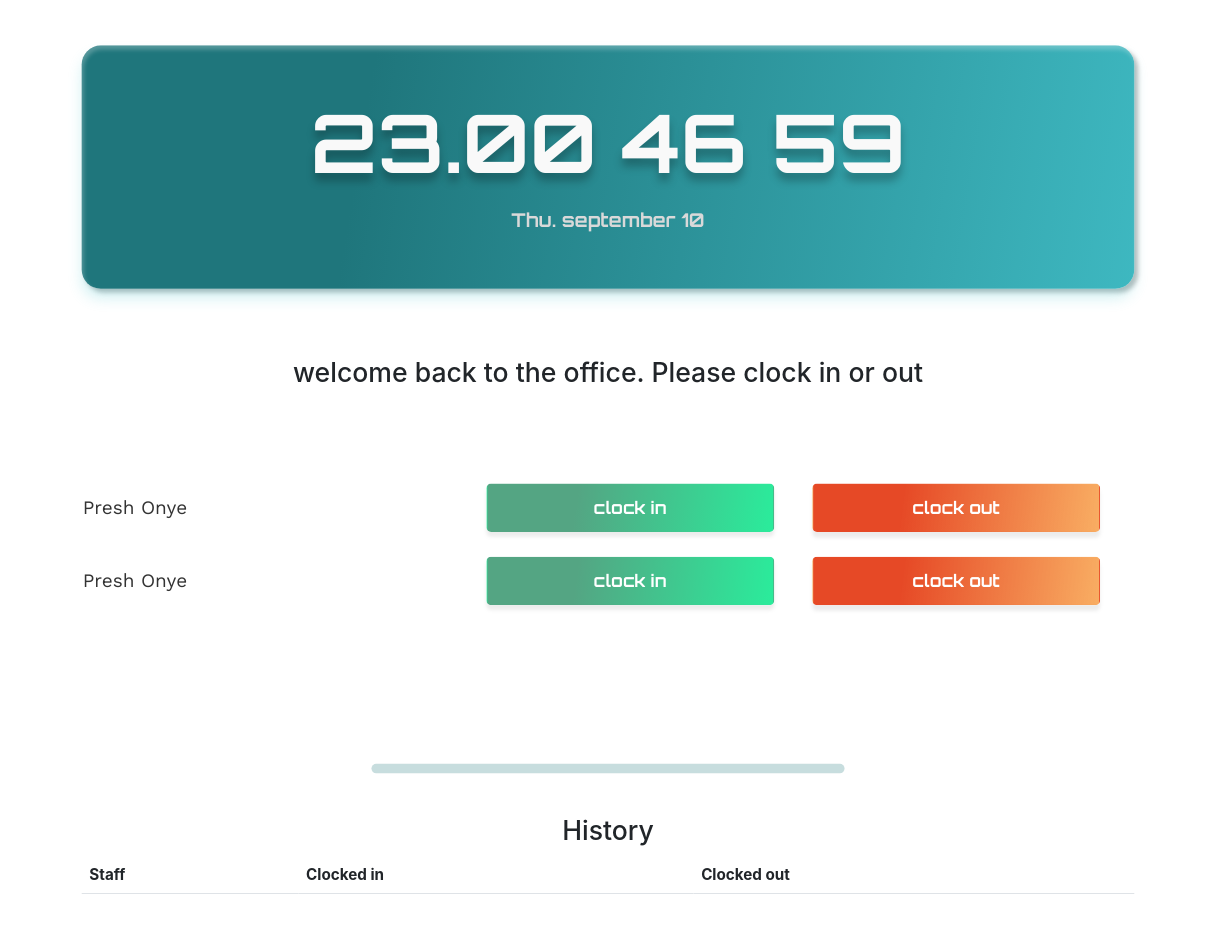
Repository: giprim/clocker
Page: /
These files come from the project's save history. The page is drawn as it stood at one moment and after the next save; the edit follows.
The browser window is 1280 px wide. The pictures show the whole page, at 95% of full size.
The project was rebuilt for these pictures with package versions that can differ from the ones it lists, and the page was loaded fresh each time.

Above is the page before, as saved 2020-09-11 00:07:42.

### src/App.tsx
import React from 'react';
import './App.css';

function App() {
  const currentTime = () => {
    let date = new Date();

    return `${date
      .getHours()
      .toFixed(2)} ${date.getMinutes()} ${date.getSeconds()}`;
  };

  console.log(currentTime());

  return (
    <div className='container py-4'>
      {/* clock section */}
      <div className='clock-box effect p-2 py-md-5 mt-4'>
        <div className='row'>
          <div className='col-12'>
            <h4 className='display-3 text-center'>
              {currentTime().toString()}
            </h4>
          </div>
          <div className='col-12 text-center mt-2 mb-1'>
            <h6>Thu. september 10</h6>
          </div>
        </div>
      </div>

      {/* welcome  */}
      <p className='text-center my-5 py-4 h3'>
        welcome back to the office. Please clock in or out
      </p>

      <table>
        <thead>
          <tr>
            <th></th>
            <th></th>
            <th></th>
          </tr>
        </thead>
        <tbody>
          <tr>
            <td className='staff'>Presh Onye</td>
            <td className='row justify-content-evenly'>
              <button className='btn clockin col-5'> clock in</button>
              <button className='btn clockout col-5'> clock out</button>
            </td>
          </tr>
          <tr>
            <td className='staff'>Presh Onye</td>
            <td className='row justify-content-evenly'>
              <button className='btn clockin col-5'> clock in</button>
              <button className='btn clockout col-5'> clock out</button>
            </td>
          </tr>
        </tbody>
      </table>

      <hr />
      <h3 className='text-center'>History</h3>

      <table className='table'>
        <thead>
          <tr>
            <th>Staff</th>
            <th>Clocked in</th>
            <th>Clocked out</th>
          </tr>
        </thead>
      </table>
    </div>
  );
}

export default App;

### src/App.css
@import url('https://fonts.googleapis.com/css2?family=Orbitron:wght@400;500;600;700;800;900&family=Work+Sans:ital,wght@0,100;0,200;0,400;0,600;0,700;1,500&display=swap');

.clock-box {
  background: linear-gradient(99.35deg, #1f767c 26.99%, #42c1ca 110.13%);
  box-shadow: 0px 10px 15px rgba(66, 193, 202, 0.23),
    4px 4px 5px rgba(0, 0, 0, 0.25), inset 2px 4px 5px rgba(255, 255, 255, 0.25);
  border-radius: 20px;
  position: relative;
  z-index: 10;
}

.clock-box h4 {
  font-family: Orbitron;
  font-style: normal;
  font-weight: bold;
  font-size: 85px;
  line-height: 107px;
  /* identical to box height */

  color: #f9f9f9;

  text-shadow: 0px 9px 9px rgba(0, 0, 0, 0.25);
}

.clock-box h6 {
  font-family: Orbitron;
  font-style: normal;
  font-weight: bold;
  font-size: 20px;
  line-height: 25px;
  /* identical to box height */

  color: #d9d9d9;
}

.clockout,
.clockin {
  font-family: Orbitron;
  font-style: normal;
  font-weight: bold;
  font-size: 18px;
  line-height: 23px;
  /* identical to box height */
  padding-top: 13px;
  padding-bottom: 13px;
  color: #ffffff;
  transition: ease-in 0.13s;
}

/* table.table {
  border: none;
} */

.clockin:hover,
.clockout:hover {
  color: white;
  transform: translateY(-5px);
}

.clockin {
  background: linear-gradient(97.12deg, #54a583 31.21%, #21fca1 115.81%);
  box-shadow: 0px 5px 4px rgba(128, 128, 128, 0.15);
  border-radius: 5px;
}

.clockout {
  background: linear-gradient(
    97.12deg,
    #e64926 31.21%,
    rgba(252, 176, 63, 0.74) 115.81%
  );
  box-shadow: 0px 6px 4px rgba(128, 128, 128, 0.15);
  border-radius: 5px;
}

table {
  width: 100%;
}

table tr td {
  padding-top: 25px;
}

hr {
  border-radius: 15px;
  margin: 4% auto;
  margin-top: 15%;
  width: 45%;
  padding: 5px;
  background: #20777c;
}

.staff {
  font-family: Work Sans;
  font-style: normal;
  font-weight: 500;
  font-size: 20px;
  line-height: 23px;

  color: #333333;
}

Loaded but not shown: public/index.html (common file); src/index.tsx (common file); src/index.css (common file); src/serviceWorker.ts (common file)

After the next save:
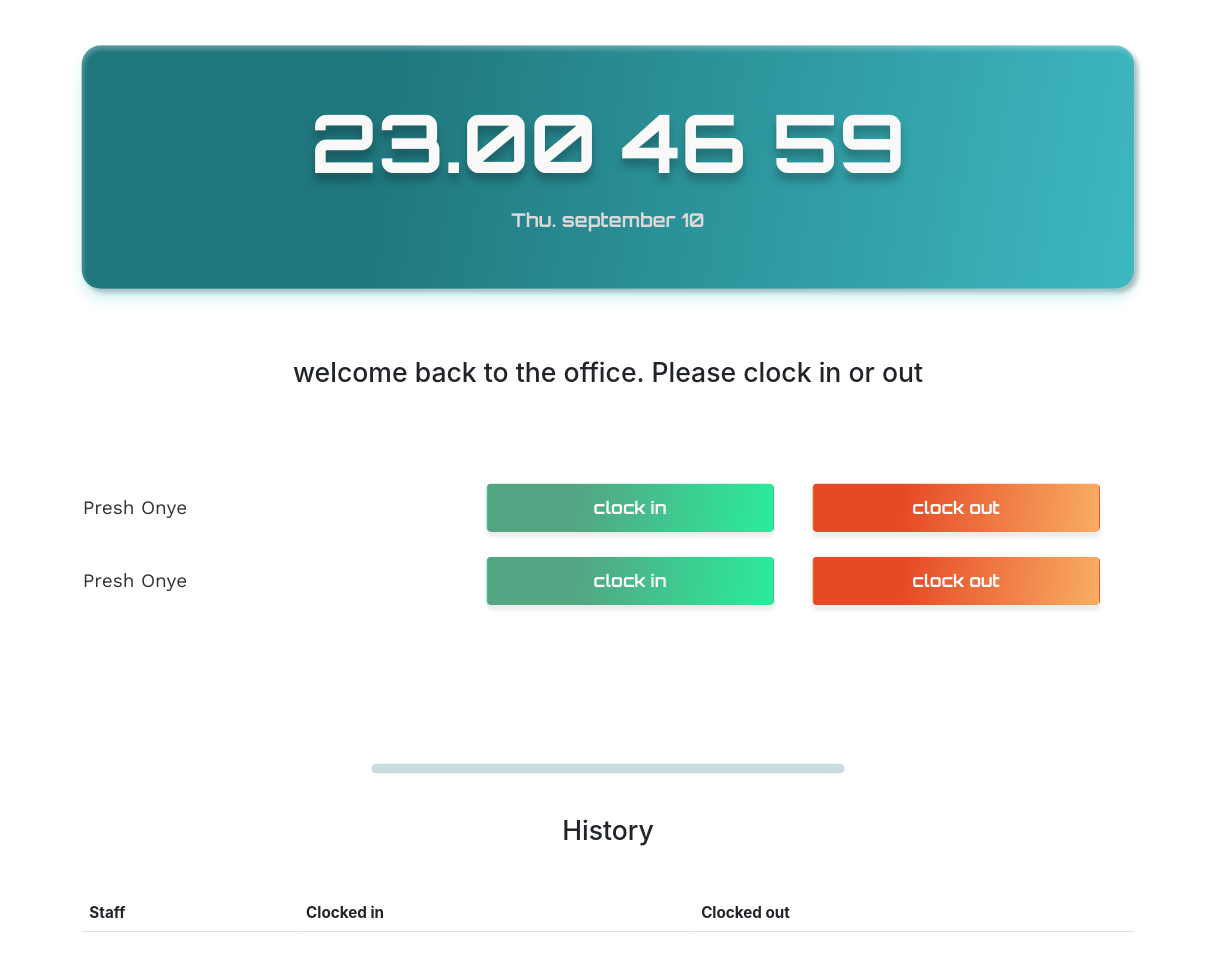
Saved 29 s later.
--- a/src/App.tsx
+++ b/src/App.tsx
@@ -60,7 +60,7 @@ function App() {
       </table>
 
       <hr />
-      <h3 className='text-center'>History</h3>
+      <h3 className='text-center mb-5'>History</h3>
 
       <table className='table'>
         <thead>
